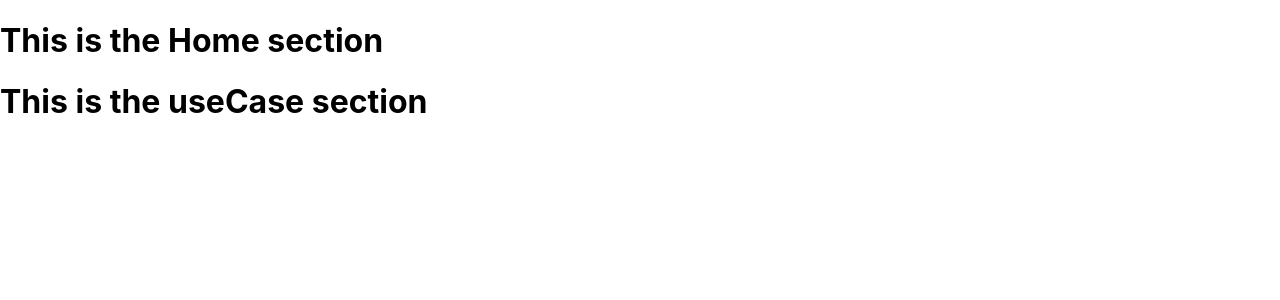
Repository: Colo-Codes/react-hooks-use-cases
Page: /
These files come from the project's save history. The page is drawn as it stood at one moment and after the next save; the edit follows.
The browser window is 1280 px wide. The pictures show the whole page.
The project was rebuilt for these pictures with package versions that can differ from the ones it lists, and the page was loaded fresh each time. Also part of the build but not shown: src/App.css.

Above is the page before, as saved 2021-09-07 08:11:03.

After the next save:
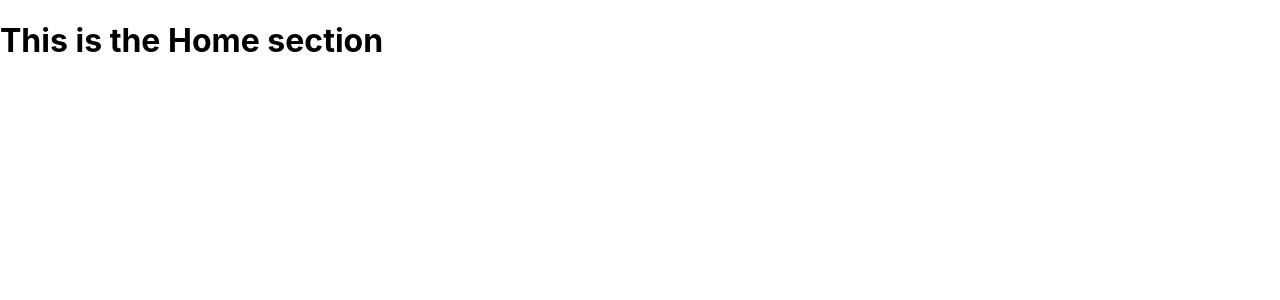
Saved 37 s later.
--- a/src/App.js
+++ b/src/App.js
@@ -8,7 +8,9 @@ function App() {
   return (
     <Router>
       <Home />
-      <UseCaseUseState />
+      <Switch>
+
+      </Switch>
     </Router>
   );
 };
